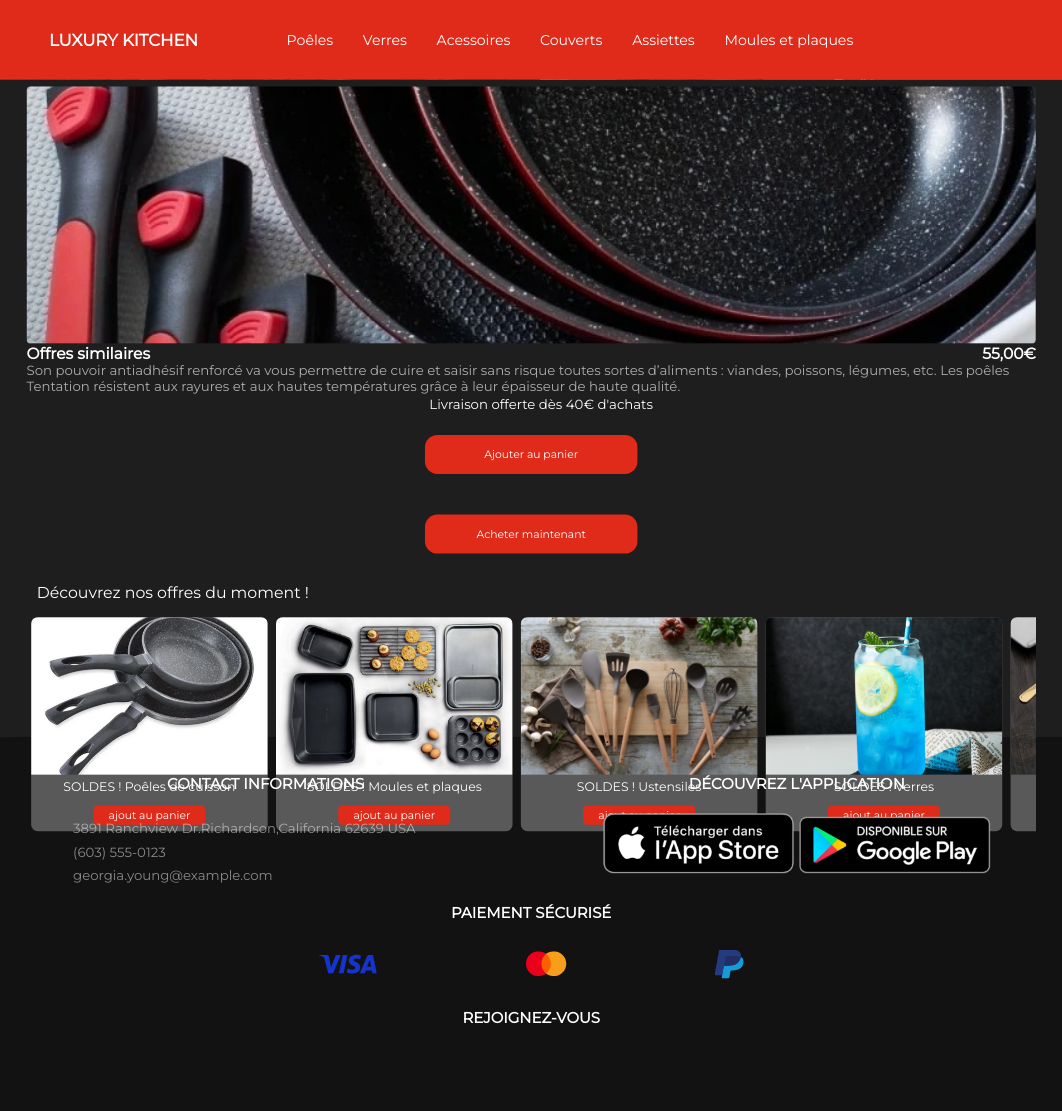
Repository: Juannpl/Luxury-Kicthen
Page: html/page_produits.html
An editor plug-in stored every save of this project. The page is shown before and after the next save, followed by the edit.
The browser window is 1280 px wide. The pictures show the whole page, at 83% of full size.
Some icons come from a web library that is not loaded, so they are not drawn.

Above is the page before, as saved 2023-02-15 15:10:39.

### html/page_produits.html
<!DOCTYPE html>
<html lang="fr">

<head>
    <meta charset="UTF-8">
    <meta http-equiv="X-UA-Compatible" content="IE=edge">
    <meta name="viewport" content="width=device-width, initial-scale=1.0">

    <link rel="stylesheet" href="../css/page_produits.css">
    <script src="https://unpkg.com/boxicons@2.1.4/dist/boxicons.js"></script>

    <title>Mon Panier</title>
</head>

<body>
    <header class="header">
        <nav class="nav_container row">
            <div class="logo">
                <p>LUXURY KITCHEN</p>
            </div>
            <div class="barre_categorie">
                <ul class="row">
                    <li><a href="#">Poêles</a></li>
                    <li><a href="#">Verres</a></li>
                    <li><a href="#">Acessoires</a></li>
                    <li><a href="#">Couverts</a></li>
                    <li><a href="#">Assiettes</a></li>
                    <li><a href="#">Moules et plaques</a></li>
                </ul>
            </div>
            <div class="nav_list">
                <ul class="row">
                    <li class="items_list">
                        <box-icon name='shopping-bag' color='#ffffff' size='1.7rem'></box-icon>
                    </li>
                    <li class="items_list">
                        <box-icon name='user-circle' type='solid' color='#ffffff' size='1.7rem'></box-icon>
                    </li>
                    <a id="openBtn">
                        <li class="items_list">
                            <box-icon name='menu' color='#ffffff' size=2.2rem></box-icon>
                        </li>
                    </a>
                </ul>
            </div>
        </nav>
        <div id="transparent"></div>
        <section id="barre_categorie_mobile">
            <div id="closeBtn">
                <box-icon name='x' color='#ffffff' size='3rem'></box-icon>
            </div>
            <div class="nav_contents row">
                <div>
                    <ul class="row">
                        <li><a href="#">Poêles</a></li>
                        <li><a href="#">Verres</a></li>
                        <li><a href="#">Acessoires</a></li>
                        <li><a href="#">Couverts</a></li>
                        <li><a href="#">Assiettes</a></li>
                        <li><a href="#">Moules et plaques</a></li>
                    </ul>
                </div>
                <div>
                    <p class="opacityy">
                        Devenez membre pour accéder au meilleur des produits.
                    </p>
                </div>
                <div>
                    <button type="button" class="btn-black">Nous rejoindre</button>
                </div>
                <div>
                    <button type="button" class="btn-clear">S'identifier</button>
                </div>
                <div class="items">
                    <div class="roww">
                        <box-icon name='shopping-bag' color='#ffffff' size='1.7rem'></box-icon>
                        <p>Panier</p>
                    </div>
                    <div class="roww">
                        <box-icon type='solid' name='package' color='#ffffff' size='1.7rem'></box-icon>
                        <p>Commande</p>
                    </div>
                    <div class="roww">
                        <box-icon name='user-circle' type='solid' color='#ffffff' size='1.7rem'></box-icon>
                        <p>Mon profil</p>
                    </div>
                </div>
                <div class="reseaux row">
                    <div class="sociaux">
                        <box-icon name='facebook-circle' type='logo' color='#ffffff'></box-icon>
                    </div>
                    <div class="sociaux">
                        <box-icon name='twitter' type='logo' color='#ffffff'></box-icon>
                    </div>
                    <div class="sociaux">
                        <box-icon name='instagram-alt' type='logo' color='#ffffff'></box-icon>
                    </div>
                </div>
            </div>
        </section>
        <!-- FIN DDE LA BARRE DE NAVIGATION MOBILE-->
    </header>
    <main>
        <section class="tout">
            <div class="picture"><img src="../img/poêle/poele1.webp" alt="POÊLE"></div>
            <div class="texte">
                <div class="nom_du_produit">
                    <h3>Offres similaires</h3>
                </div>
                <div class="price">
                    <h3>55,00€</h3>
                </div>
                <div class="descriptif opacityy">
                    Son pouvoir antiadhésif renforcé va vous permettre de cuire et saisir sans risque toutes sortes
                    d’aliments : viandes, poissons, légumes, etc. Les poêles Tentation résistent aux rayures et aux
                    hautes
                    températures grâce à leur épaisseur de haute qualité.
                </div>
            </div>
            <div class="buy">
                <div class="sentence">
                    <box-icon type='solid' name='truck' color="white"></box-icon>
                    <p>Livraison offerte dès 40€ d'achats</p>
                </div>
                <button class="unique">
                    <p>Ajouter au panier</p>
                </button>
                <button class="unique">
                    <p>Acheter maintenant</p>
                </button>
            </div>
            <div class="swipe">
                <div class="titre">
                    <h1>
                        Découvrez nos offres du moment !
                    </h1>
                </div>
                <div class="containeer">
                    <div class="card">
                        <div class="controlee">
                            <img src="../img/poêle/poele10.webp" alt="poele" class="top_img">
                        </div>
                        <div class="descr_panier_top">
                            <div class="text_panier">
                                <p>SOLDES ! Poêles de cuisson</p>
                            </div>
                            <div class="panier_prix">
                                <div class="ajout_panier">
                                    <form action="#">
                                        <a href="#"><button type="submit">
                                                <p class="p_botton">ajout au panier</p>
                                            </button></a>
                                    </form>
                                </div>
                            </div>
                        </div>
                    </div>
                    <div class="card">
                        <div class="controlee">
                            <img src="../img/moules/moule1.jpg" alt="poele" class="top_img">
                        </div>
                        <div class="descr_panier_top">
                            <div class="text_panier">
                                <p>SOLDES ! Moules et plaques</p>
                            </div>
                            <div class="panier_prix">
                                <div class="ajout_panier">
                                    <form action="#">
                                        <a href="#">
                                            <button type="submit">
                                                <p class="p_botton">ajout au panier</p>
                                            </button>
                                        </a>
                                    </form>
                                </div>
                            </div>
                        </div>
                    </div>
                    <div class="card">
                        <div class="controlee">
                            <img src="../img/accessoire/accessoire2.webp" alt="poele" class="top_img">
                        </div>
                        <div class="descr_panier_top">
                            <div class="text_panier">
                                <p>SOLDES ! Ustensiles</p>
                            </div>
                            <div class="panier_prix">
                                <div class="ajout_panier">
                                    <form action="#">
                                        <a href="#">
                                            <button type="submit">
                                                <p class="p_botton">ajout au panier</p>
                                            </button>
                                        </a>
                                    </form>
                                </div>
                            </div>
                        </div>
                    </div>
                    <div class="card">
                        <div class="controlee">
                            <img src="../img/verres/verre10.jpg" alt="verre" class="top_img">
                        </div>
                        <div class="descr_panier_top">
                            <div class="text_panier">
                                <p>SOLDES ! Verres</p>
                            </div>
                            <div class="panier_prix">
                                <div class="ajout_panier">
                                    <form action="#">
                                        <a href="#">
                                            <button type="submit">
                                                <p class="p_botton">ajout au panier</p>
                                            </button>
                                        </a>
                                    </form>
                                </div>
                            </div>
                        </div>
                    </div>
                    <div class="card">
                        <div class="controlee">
                            <img src="../img/couverts/couvert1.png" alt="poele" class="top_img">
                        </div>
                        <div class="descr_panier_top">
                            <div class="text_panier">
                                <p>SOLDES ! Couverts</p>
                            </div>
                            <div class="panier_prix">
                                <div class="ajout_panier">
                                    <form action="#">
                                        <a href="#"><button type="submit">
                                                <p class="p_botton">ajout au panier</p>
                                            </button></a>
                                    </form>
                                </div>
                            </div>
                        </div>
                    </div>
                </div>
            </div>
        </section>
    </main>
    <footer>
        <div class="container-footer">
            <div class="container-footer-tablet">
                <div class="contact-infos">
                    <h3>CONTACT INFORMATIONS</h3>
                    <p>
                        <box-icon name='been-here' type='solid' color='#ffffff'></box-icon>3891 Ranchview
                        Dr.Richardson,California 62639 USA
                    </p>
                    <p>
                        <box-icon type='solid' name='phone' color='#ffffff'></box-icon>(603) 555-0123
                    </p>
                    <p>
                        <box-icon type='solid' name='envelope' color='#ffffff'></box-icon>georgia.young@example.com
                    </p>
                </div>
                <div class="download">
                    <h3>DÉCOUVREZ L'APPLICATION</h3>
                    <a href=""><img src="../img/footer/App-Store-picto-300x94.png" class="picto" id="apple"
                            alt="Le pictogramme de l'apple store"></a>
                    <a href=""><img src="../img/footer/Google-Play-picto-300x89.png" class="picto"
                            alt="Le pictogramme de google play"></a>
                </div>
            </div>
            <div class="paiement">
                <h3>PAIEMENT SÉCURISÉ</h3>
                <div class="logos-paiement">
                    <img src="../img/footer/Visa_2021.svg" class="logos" id="visa" alt="Le logo de visa">
                    <img src="../img/footer/Mastercard_2019_logo.svg" class="logos" id="mastercard"
                        alt="Le logo de mastercard">
                    <img src="../img/footer/PayPal_Logo_Icon_2014.svg" class="logos" id="paypal"
                        alt="Le logo de paypal ">
                </div>
            </div>
            <div class="social-media">
                <h3>REJOIGNEZ-VOUS</h3>
                <box-icon name='facebook-circle' type='logo' color='#ff0800'></box-icon>
                <box-icon name='twitter' type='logo' color='#ff0800'></box-icon>
                <box-icon name='instagram-alt' type='logo' color='#ff0800'></box-icon>
            </div>
        </div>
    </footer>
    <script src="../script.js"></script>
</body>

</html>

### css/page_produits.css
/*

    GENERAL

*/

@import url('https://fonts.googleapis.com/css2?family=Montserrat&family=Roboto&display=swap');

:root{
    --rougelinear: rgba(224, 43, 26, 1);
    --rougetext: #E02B1A;
    --blanc: #fff;
    --noirclair: #1E1E1E;
    --noir: #121212;
    --gris: #595959;
}

*/*,
*::after,
*::before*/{
    margin: 0;
    padding: 0;
    box-sizing: inherit;
    list-style: none;
    text-decoration: none;
    font-family: 'Montserrat', 'sans-serif';
}

html{
    width: 100%;
    overflow-x: hidden;
}

main img{
    width: 100%;
    height: 100%;
    object-fit: cover;
    border-radius: 5px;
}

/*

    HEADER

*/

.header{
    background-color: var(--rougelinear);
    height: 6rem;
    display: grid;
    align-items: center;
    position: relative;
}

.logo{
    color: var(--blanc);
    font-size: 0.9em;
    font-weight: 600;
    text-align: center;
    padding-left: 5%;
}

.barre_categorie{
    display: none;
}

#closeBtn{
    position: absolute;
    top: 5%;
    right: 10%;
    cursor: pointer;
}

#barre_categorie_mobile{
    color: var(--blanc);
    width: 308px;
    position: absolute;
    z-index: -1;
    top: 0;
    right: 0;
    background-color: var(--rougelinear);
    transition: left 0.5s ease;
    display: flex;
    align-items: center;
    flex-direction: column;
    box-shadow: 0px 4px 4px 0px rgba(0, 0, 0, 0.25);
}

/* Active class */
#barre_categorie_mobile.active{
    z-index: 3;
}

#transparent.active{
    z-index: 2;
}

#transparent{
    position: fixed;
    top: 0;
    right: 0;
    width: 100%;
    height: 100vh;
    z-index: -1;
    background: rgba(255, 255, 255, 0.28);
    backdrop-filter: blur(3.8px);
    -webkit-backdrop-filter: blur(3.8px);
}

.reseaux{
    justify-content: center;
}

.sociaux{
    padding: 2% ;
}

#barre_categorie_mobile ul{
    flex-direction: column;
}

#barre_categorie_mobile ul a{
    color: var(--blanc);
    font-weight: 550;
    font-size: 23px;
}

#barre_categorie_mobile ul li{
    margin: 15px 0px;
}

.nav_container{
    justify-content: space-between;
    /* text-align: center; */
    align-items: center;
}

.row{
    display: flex;
}

.items_list{
    padding: 0 0.5rem;
    height: auto;
    display: grid;
    align-items: center;
    cursor: pointer;
}

.nav_list{
    padding-right: 3%;
}

.nav_contents{
    width: 80%;
    flex-direction: column;
    margin-top: 20%;
}

.nav_contents div{
    margin: 5% 0;
}

.btn-black{
    width: 171px;
    height: 35px;
    background-color: var(--noir);
    color: var(--blanc);
    border: 0px;
    border-radius: 20px;
    font-family: Montserrat;
    font-size: 18px;
}

.btn-clear{
    border: 1.7px solid var(--blanc);
    color: var(--blanc);
    background-color: transparent;
    width: 133px;
    height: 33px;
    border-radius: 20px;
    font-family: Montserrat;
    font-size: 18px;
}

.roww{
    display: flex;
    align-items: center;
    margin: 5% 0;
}

.opacityy{
    opacity: 63%;
}

.items p{
    margin-left: 5%;
}

/* desktop = 1224px, tablette = 768px */
/* BARRE DE ATEGORIE EN RESPONSIVE */

@media only screen and (min-width: 768px){
    .logo{
        font-size: 20px;
    }
}

@media only screen and (min-width: 1224px){
    .descr_panier_top .text_panier p{
        font-size: 18px;
    }

    .text_panier p{
        font-size: 13px;
    }

    .barre_categorie_mobile{
        display: none;
    }

    .barre_categorie{
        display: revert;
        width: 70%;
    }

    .barre_categorie li{
        padding: 0% 2%;
    }

    .barre_categorie a{
        color: var(--blanc);
        font-weight: 500;
        font-size: 17px;
    }

    .nav_list {
        padding-right: 0;
    }

    .logo {
        padding-left: 0;
    }

    .row {
        justify-content: center;
    }

    #openBtn{
        display: none;
    }
}

/*

    MAIN

*/

main{
    display: flex;
    flex-direction: column;
    background-color: var(--noirclair);
    justify-content: center;
    align-items: center;
    color: var(--blanc);
    height: 110vh;
}

.tout{
    width: 95%;
    height: 98%;
    display: flex;
    justify-content: space-between;
    flex-direction: column;
}

.picture{
    width: 100%;
    height: 40%;
}

.nom_du_produit{
    width: 75%;
}

.price{
    width: 25%;

    display: flex;
    justify-content: flex-end;
    align-items: center;
}

.descriptif{
    width: 100%;
}

.texte{
    display: flex;
    flex-wrap: wrap;
}

.buy{
    display: flex;
    flex-direction: column;
    align-items: center;
}

.sentence{
    display: flex;
    flex-direction: row;
    align-items: center;
}

.unique{
    padding: 1% 5%;
    margin: 2% 0%;
    border-radius: 15px;
}

/*

    SWIPE

*/

.controlee{
    width: 285px;
}

.descr_panier_top{
    display: flex;
    align-items: center;
    flex-direction: column;
}

.descr_panier_top .text_panier p{
    font-family: Montserrat;
    font-size: 15px;
    font-weight: 500;
}

.card img {
    height: 190px;
    object-fit: cover;
    width: 100%;
    border-radius: 8px 8px 0 0;
}

/*

    SWIPE

*/

.titre{
    height: 23px;
    /* width: 356px; */
    color: var(--blanc);
    margin: 1%;
    /* padding-bottom: 3%; */
}

.titre h1{
    font-family: Montserrat;
    font-size: 19px;
    font-weight: 500;
}

.controle{
    width: 206px;
}

.containeer {
    -ms-overflow-style: none;
    scrollbar-width: none;
    width: auto;
    overflow-y: hidden;
    overflow-x: scroll;
    display: flex;
    align-items: stretch;
    scroll-snap-type: x mandatory;
}

.containeer::-webkit-scrollbar {
    display: none;
}

.containeer .card {
    background-color: #595959;
    border-radius: 8px;
    color: #fff;
    margin: 5px;
    height: 100%;
}

.containeer .card .content {
    position: absolute;
    bottom: 10px;
    padding: 20px;
    page-break-after: 20px;
    text-align: center;
}

button {
    background: #E02B1A;
    border: none;
    border-radius: 5px;
    height: 23px;
    width: 135px;
    color: white;
    font-size: 13px;
    font-weight: 500;
}

.card img {
    height: 190px;
    object-fit: cover;
    width: 100%;
    border-radius: 8px 8px 0 0;
}

.descr_panier {
    padding: 3%;
}

.text_panier p {
    font-family: 'Montserrat';
    font-style: normal;
    font-weight: 500;
    font-size: 11px;
    color: #FFFFFF;
}

.prix {
    display: flex;
    align-items: center;
}

.panier_prix {
    display: flex;
    align-items: center;
    justify-content: space-between;
    padding: 5% 0 3% 0;
}


/* ---------- Footer ---------- */



footer{
    width: 100%;
    align-items: center;
    font-family: 'Montserrat', sans-serif;
}

.container-footer{
    height: 400px;
    display: flex;
    flex-direction: column;
    padding-top: 20px;
    background-color: #121212;
    color: white;
    font-size: 1.2rem;
}

.contact-infos{
    display: none;
}

.contact-infos p{
    font-size: 16px;
    color: rgb(255, 255, 255, .5);
}

.container-footer h3{
    text-align: center;
    margin: 25px 0 25px 0;
    font-size: 18px;
}

.download{
    text-align: center;
}

.picto{
    width: 30%;
}

.logos-paiement{
    width: 60%;
    height: 50px;
    display: flex;
    justify-content:space-between;
    align-items: center;
    margin: auto;
}

#visa{
    width: 70px;
    height: 95px;
}

#mastercard{
    width: 70px;
    height: 30px;
}

#paypal{
    width: 35px;
    height: 35px;
}

.social-media{
    text-align: center;
    margin-top: 5px;
}

@media only screen and (min-device-width : 768px){

    /* ---------- Footer ---------- */

    .container-footer{
        height: 430px;
    }

    .container-footer-tablet{
        display: flex;
        justify-content: space-around;
    }

    .contact-infos{
        width: 40%;
        display: flex;
        flex-direction: column;
        text-align:left;
    }

    .download{
        width: 40%;
    }

    .picto{
        width: 45%
    }

    .logos-paiement{
        width: 40%;
    }
}

@media only screen and (min-device-width : 1224px){

    /* ---------- Footer ---------- */

        .logos-paiement{
            width: 20%;
        }

        .paiement h3{
            padding-top: 1%
        }
}

### script.js
var navMobile = document.getElementById("barre_categorie_mobile");
var transparent = document.getElementById("transparent");
var openBtn = document.getElementById("openBtn");
var closeBtn = document.getElementById("closeBtn");

openBtn.onclick = openNav;
closeBtn.onclick = closeNav;

/* Set the width of the side navigation to 250px */
function openNav() {
  navMobile.classList.add("active");
  transparent.classList.add("active");
}

/* Set the width of the side navigation to 0 */
function closeNav() {
  navMobile.classList.remove("active");
  transparent.classList.remove("active");
}

After the next save:
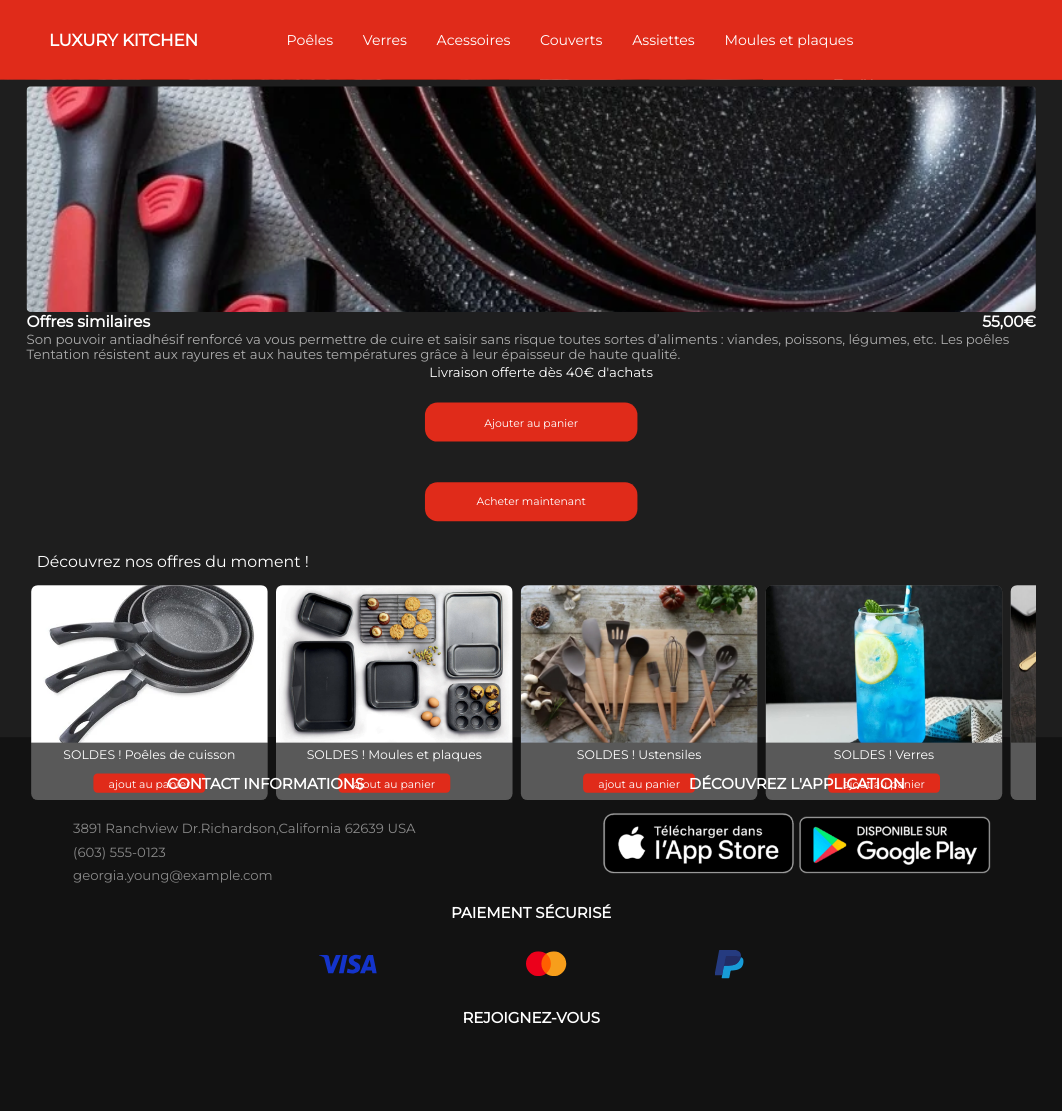
Saved 10 s later.
--- a/css/page_produits.css
+++ b/css/page_produits.css
@@ -277,7 +277,7 @@
 
 .picture{
     width: 100%;
-    height: 40%;
+    height: 35%;
 }
 
 .nom_du_produit{
